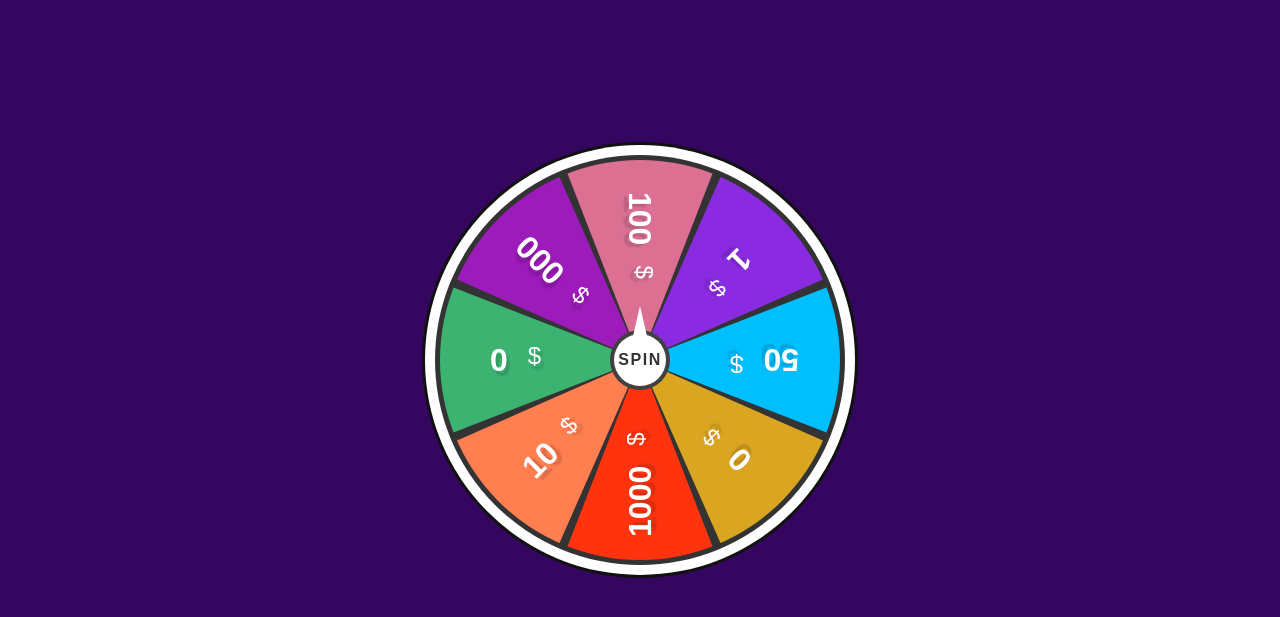
Repository: Jacques-Jaki-Morkel/FundedMarketplace_WheelofFortune
Page: index.html
An editor plug-in stored every save of this project. The page is shown before and after the next save, followed by the edit.
The browser window is 1280 px wide. The pictures show the whole page.

Above is the page before, as saved 2025-08-12 13:11:38.

### index.html
<!DOCTYPE html>
<html lang="en">

<head>
    <meta charset="UTF-8">
    <meta name="viewport" content="width=device-width, initial-scale=1.0">
    <title>Wheel of Fortune - Funded Marketplace</title>
    <link rel="stylesheet" href="styles.css">
</head>

<body>
    <div class="container">
        <div class="spinBtn">
            SPIN
        </div>
        <div class="wheel">
            <div class="number" style=" --i:1 ;--clr: #db7093;">
                <span>100</span>
            </div>
            <div class="number" style=" --i:2 ;--clr: #8a2be2;">
                <span>1</span>
            </div>
            <div class="number" style=" --i:3 ;--clr: #00bfff;">
                <span>50</span>
            </div>
            <div class="number" style=" --i:4 ;--clr: #daa520;">
                <span>0</span>
            </div>
            <div class="number" style=" --i:5 ;--clr: #ff340f;">
                <span>1000</span>
            </div>
            <div class="number" style=" --i:6 ;--clr: #ff7f50;">
                <span>10</span>
            </div>
            <div class="number" style=" --i:7 ;--clr: #3cb371;">
                <span>0</span>
            </div>
            <div class="number" style=" --i:8 ;--clr: #9d1bba;">
                <span>000</span>
            </div>
        </div>
    <div>
    <script src="script.js"></script>
</body>

</html>

### styles.css
* {
    margin: 0;
    padding: 0;
    box-sizing: border-box;
    font-family: 'Poppins', sans-serif;
}

body {
    display: flex;
    justify-content: center;
    align-items: center;
    min-height: 100vh;
    background: rgb(52, 6, 96);
}

.container {
    position: relative;
    width: 400px;
    height: 400px;
    display: flex;
    justify-content: center;
    align-items: center;
}

.container .spinBtn {
    position: absolute;
    width: 60px;
    height: 60px;
    background: #fff;
    border-radius: 50%;
    z-index: 10;
    display: flex;
    justify-content: center;
    align-items: center;
    text-transform: uppercase;
    font-weight: 600;
    color: #333;
    letter-spacing: 0.1em;
    border: 4px solid rgba(0, 0, 0, 0.75);
    cursor: pointer;
    user-select: none;
}

.container .spinBtn::before {
    content: '';
    position: absolute;
    top: -28px;
    width: 20px;
    height: 30px;
    background: #fff;
    clip-path: polygon(50% 0%, 15% 100%, 85% 100%);
}

.container .wheel {
    position: absolute;
    top: 0;
    left: 0;
    width: 100%;
    height: 100%;
    background: #333;
    border-radius: 50%;
    overflow: hidden;
    box-shadow: 0 0 0 5px #333,
        0 0 0 15px #fff,
        0 0 0 18px #111;
}

.container .wheel .number {
    position: absolute;
    width: 50%;
    height: 50%;
    background: var(--clr);
    transform-origin: bottom right;
    transform: rotate(calc(45deg * var(--i)));
    clip-path: polygon(0 0, 56% 0, 100% 100%, 0 56%);
    display: flex;
    justify-content: center;
    align-items: center;
    user-select: none;
    cursor: pointer;
}
.container .wheel .number span {
    position: relative;
    transform: rotate(45deg);
    color: #fff;
    font-size: 2em;
    font-weight: 700;
    text-shadow: 3px 5px 2px rgba(0, 0, 0, 0.15);
}

.container .wheel .number span::after {
    content: '$';
    padding-left: 20px;
    position: absolute;
    font-size: 0.75em;
    font-weight: 500;
}

Loaded but not shown: script.js (no stored copy; drawn as an empty file)

After the next save:
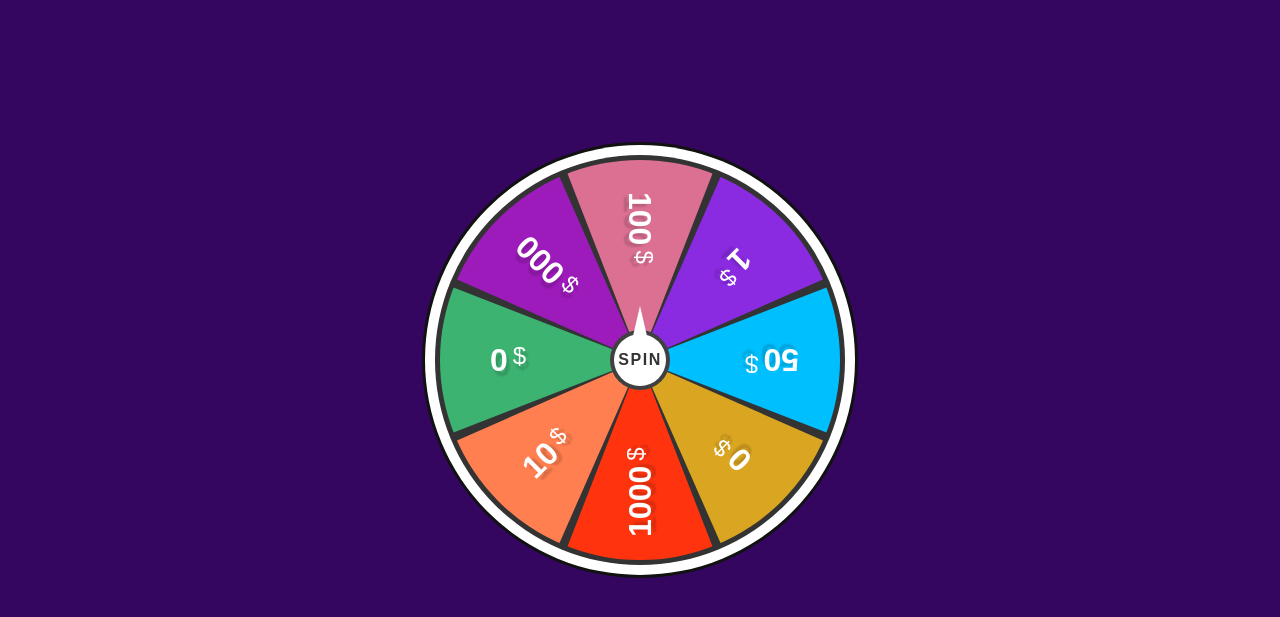
Saved 4 s later.
--- a/styles.css
+++ b/styles.css
@@ -90,7 +90,7 @@ body {
 
 .container .wheel .number span::after {
     content: '$';
-    padding-left: 20px;
+    padding-left: 5px;
     position: absolute;
     font-size: 0.75em;
     font-weight: 500;
